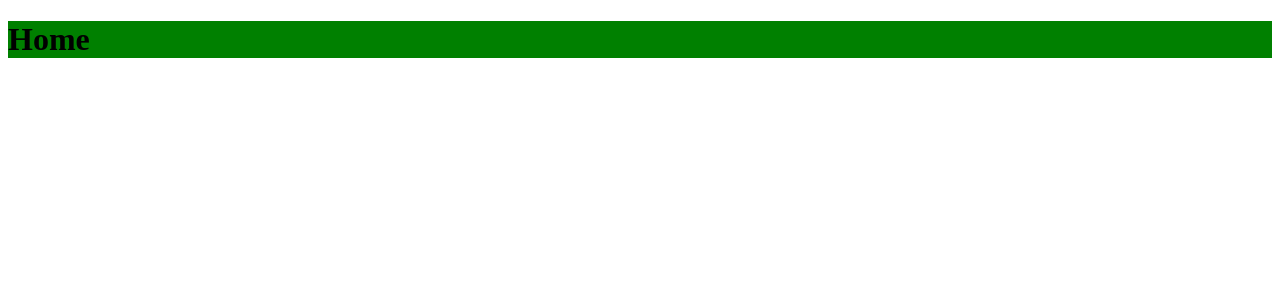
Repository: malkamu/Netflix-Clone2024
Page: / (app in NETFLIX/)
An editor plug-in stored every save of this project. The page is shown before and after the next save, followed by the edit.
The browser window is 1280 px wide. The pictures show the whole page.
The project was rebuilt for these pictures with package versions that can differ from the ones it lists, and the page was loaded fresh each time. Also part of the build but not shown: NETFLIX/vite.config.js, NETFLIX/src/index.css.

Above is the page before, as saved 2024-11-11 19:44:42.

After the next save:
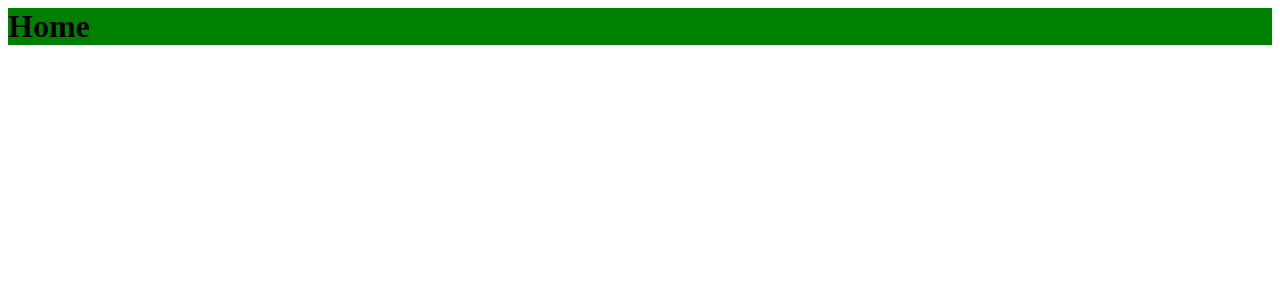
Saved 18 min 12 s later.
--- a/NETFLIX/src/App.css
+++ b/NETFLIX/src/App.css
@@ -1,4 +1,4 @@
-.{
+.app{
     margin: 0;
     padding:0;
 }

After the save that followed:
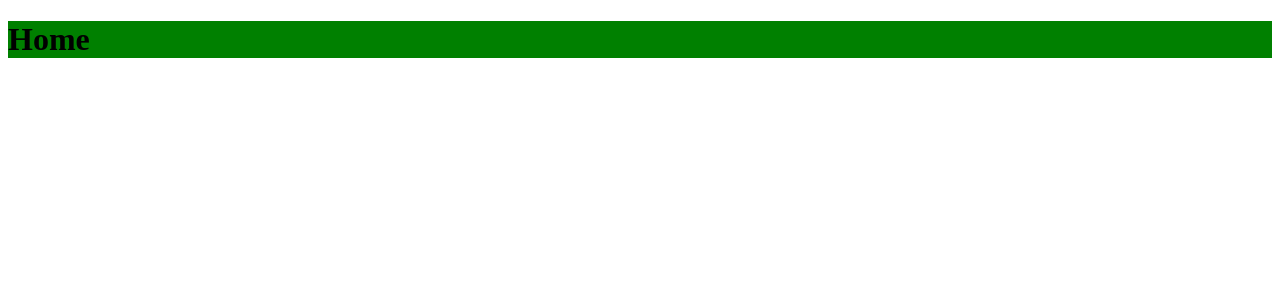
Saved 9 s later.
--- a/NETFLIX/src/App.css
+++ b/NETFLIX/src/App.css
@@ -1,4 +1,4 @@
-.app{
+.apptop{
     margin: 0;
     padding:0;
 }
